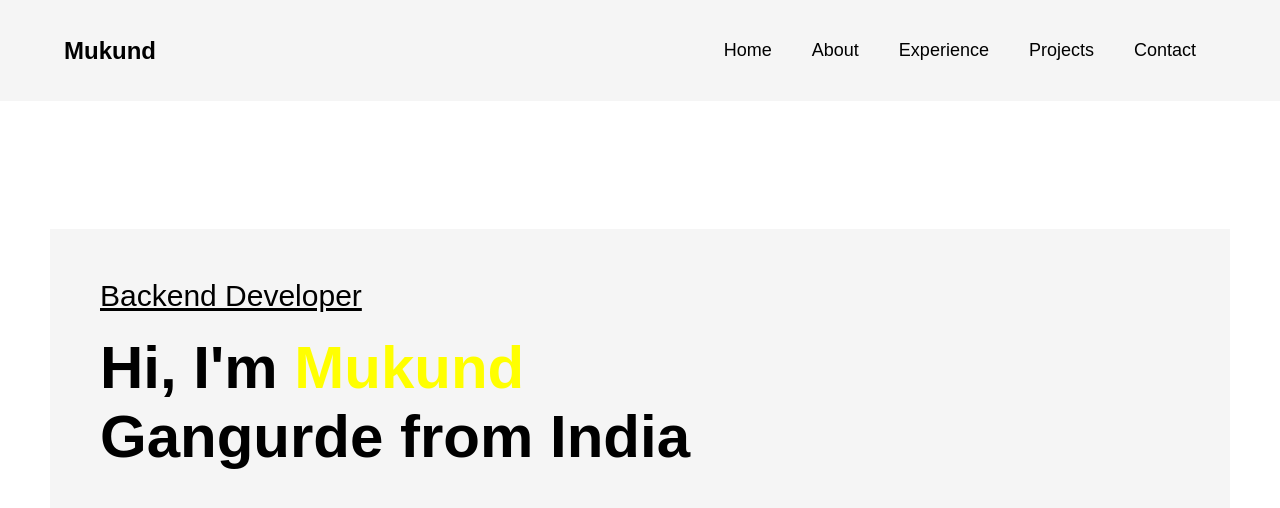
Repository: mukundgangurde/expense-tracker
Page: index.html
The author's editor kept a copy of each file at every save. The page is drawn from the files as they stood at one save, then again after the next save.
The browser window is 1280 px wide. The pictures show the whole page.

Above is the page before, as saved 2025-11-02 22:36:34.

After the next save:
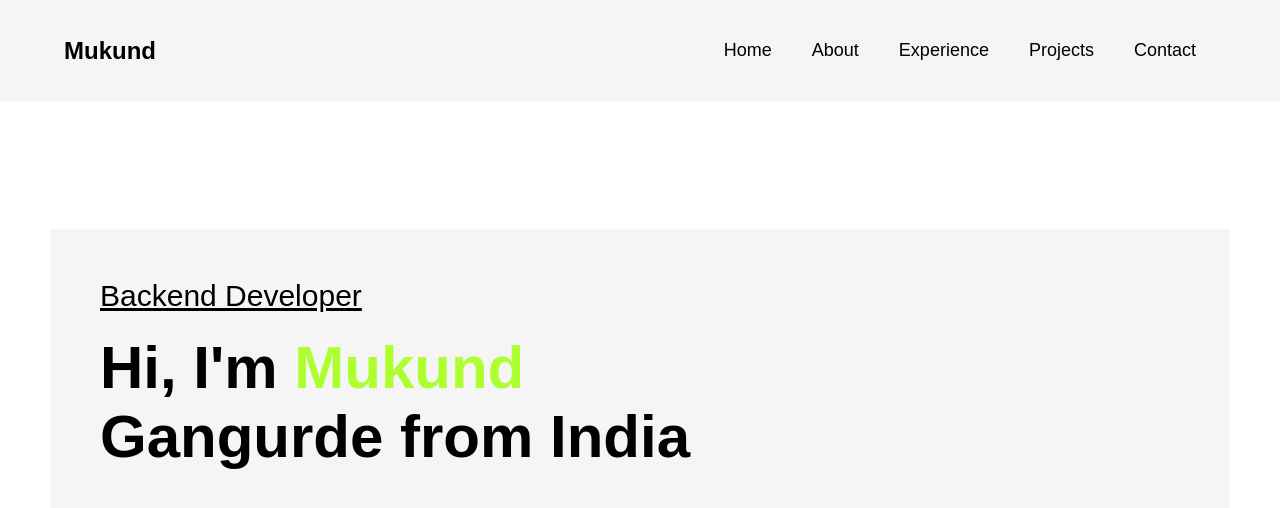
Saved 9 s later.
--- a/style.css
+++ b/style.css
@@ -67,5 +67,5 @@ nav ul li a {
 }
 
 .header-text h1 span {
-  color: yellow;
+  color: greenyellow;
 }
